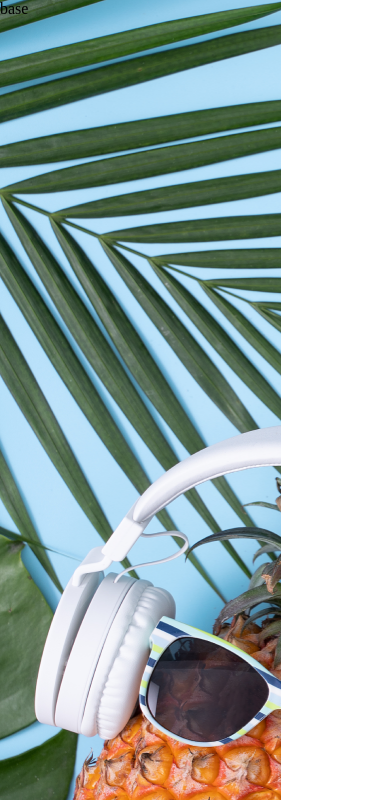
Repository: PaulsBebris/megabit-task
Page: /
These files come from the project's save history. The page is drawn as it stood at one moment and after the next save; the edit follows.
The browser window is 375 px wide. The pictures show the whole page.
The project was rebuilt for these pictures with package versions that can differ from the ones it lists, and the page was loaded fresh each time.

Above is the page before, as saved 2021-04-18 16:29:26.

After the next save:
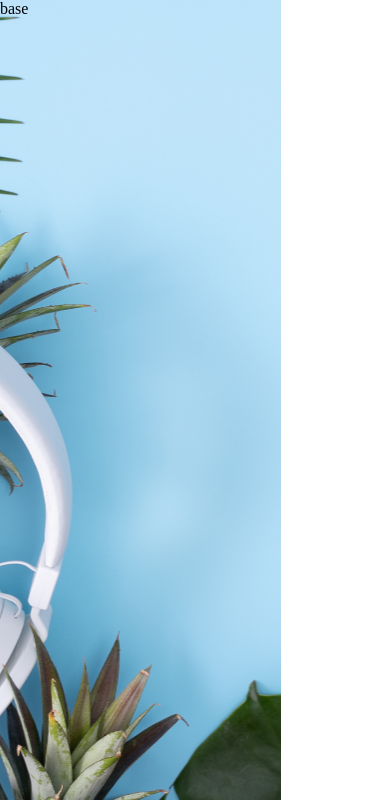
Saved 38 min 9 s later.
--- a/src/views/Home.vue
+++ b/src/views/Home.vue
@@ -33,7 +33,9 @@ export default {
     display: none;
   }
   .base {
-    background-image: url('../assets/img/sommer.png')
+    background-image: url('../assets/img/sommer.png');
+    background-repeat: no-repeat;
+    background-position: center;
   }
 }
 </style>
